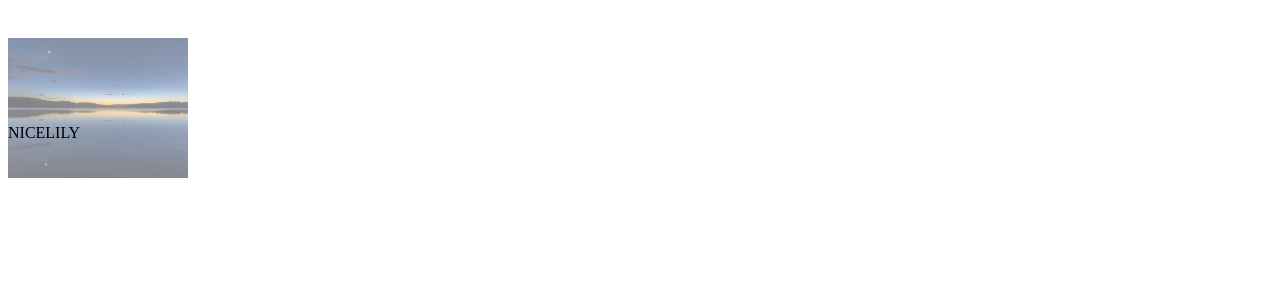
Repository: northpx/animation
Page: index.html
The author's editor kept a copy of each file at every save. The page is drawn from the files as they stood at one save, then again after a run of saves.
The browser window is 1280 px wide. The pictures show the whole page.

Above is the page before, as saved 2022-12-19 20:34:11.

After the next 3 saves:
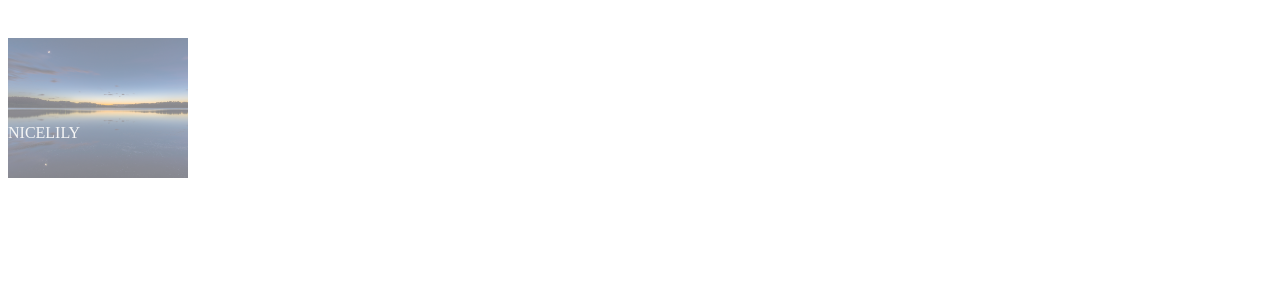
The 3 saves are shown as one change because they came seconds apart.
The last was saved 17 s later.
--- a/style.css
+++ b/style.css
@@ -118,6 +118,7 @@
 
 .content p{
     position: absolute;
-    color: black;
+    color: whitesmoke;
     top: 100px;
+
 }
